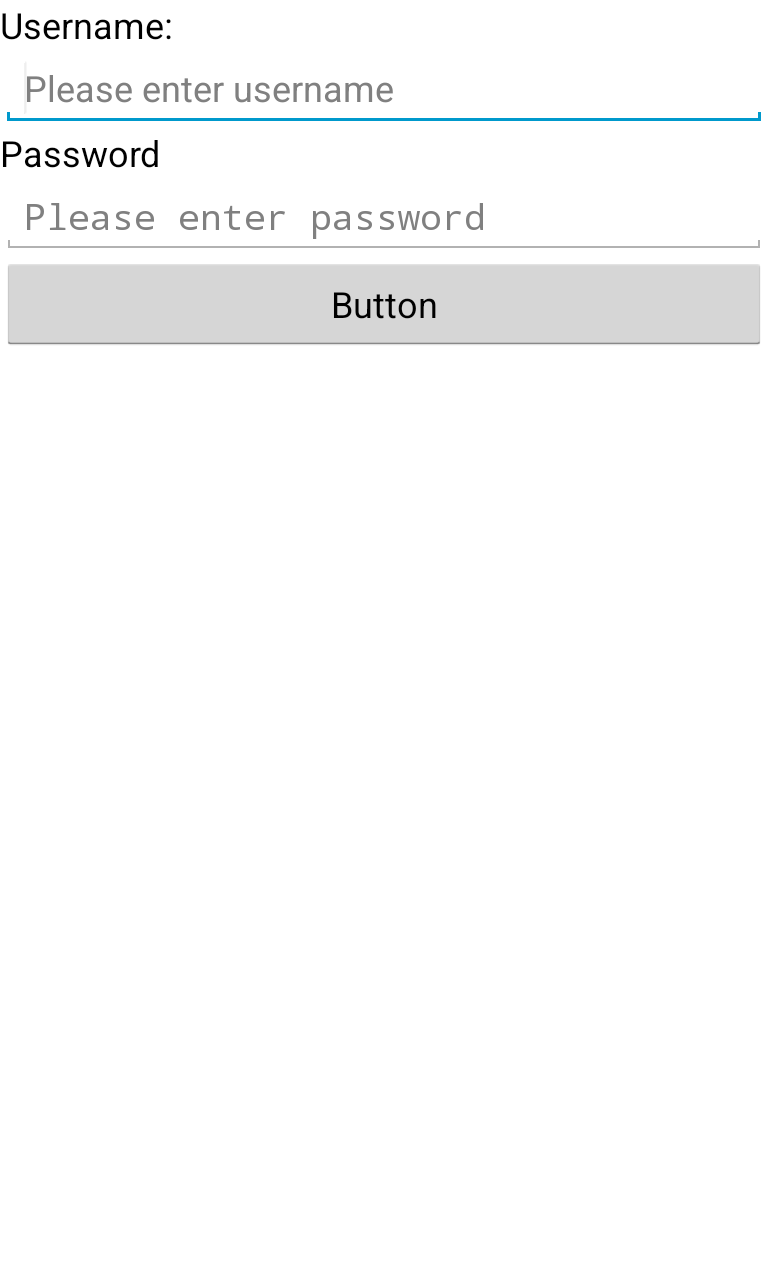
Repository: arp122/Gravitas-2014-Attendace
Layout: OrganisationGravitas/myworkspace/MusicTrivia/res/layout/login_page.xml
An editor plug-in stored every save of this project. The layout is shown before and after the next save, followed by the edit.
It is drawn on a 768 x 1280 px phone screen (xhdpi) without system bars, with theme AppTheme; the app's code is not run.

Above is the layout before, as saved 2014-09-20 17:31:50.

After the next save:
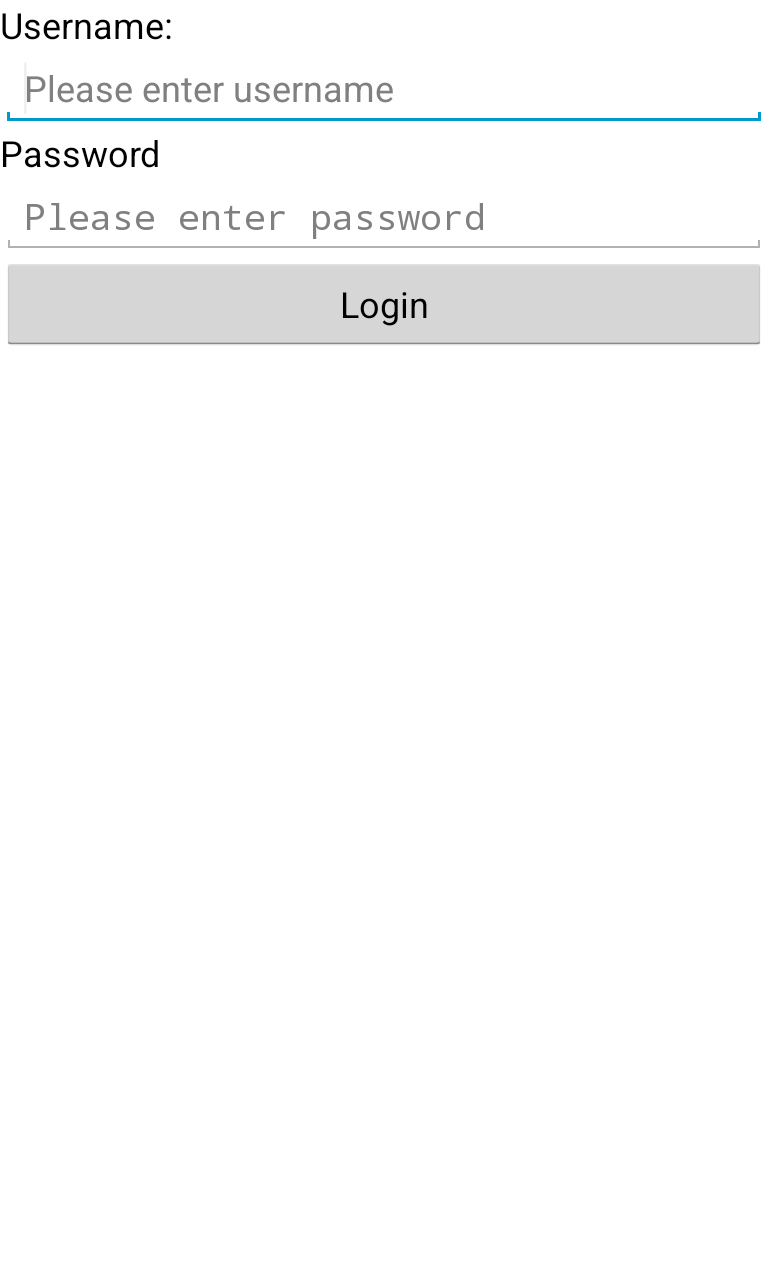
Saved 28 s later.
--- a/OrganisationGravitas/myworkspace/MusicTrivia/res/layout/login_page.xml
+++ b/OrganisationGravitas/myworkspace/MusicTrivia/res/layout/login_page.xml
@@ -41,6 +41,6 @@
         android:id="@+id/button1"
         android:layout_width="fill_parent"
         android:layout_height="wrap_content"
-        android:text="Button" />
+        android:text="Login" />
 
 </LinearLayout>
